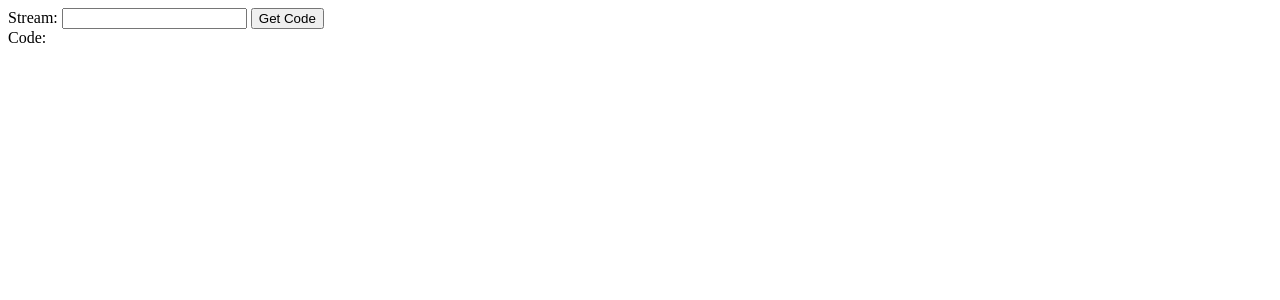
Repository: prashant4nov/CodeApp
Page: webapp/CodeApp/WebContent/index.html
The author's editor kept a copy of each file at every save. The page is drawn from the files as they stood at one save, then again after the next save.
The browser window is 1280 px wide. The pictures show the whole page.
Some web libraries are served in a nearby version.

Above is the page before, as saved 2017-01-13 19:27:36.

After the next save:
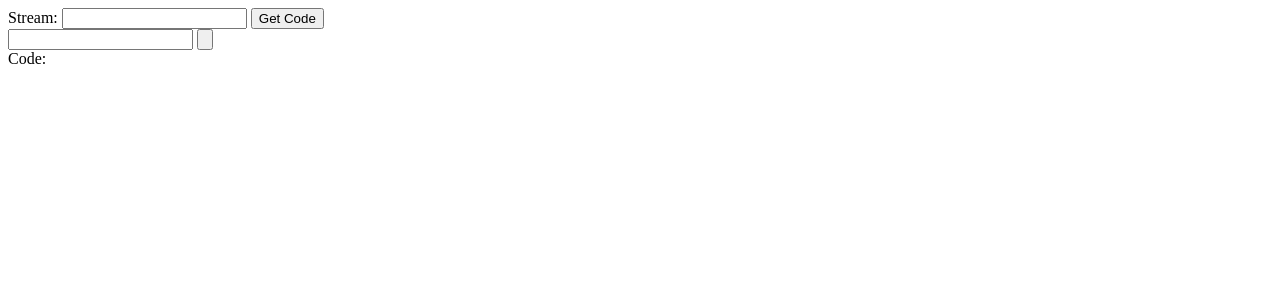
Saved 5 min 21 s later.
--- a/webapp/CodeApp/WebContent/index.html
+++ b/webapp/CodeApp/WebContent/index.html
@@ -8,6 +8,14 @@
             Stream: <input onkeypress="myFunction(this.stream)" name="stream" type="text" id="stream">
             <button onclick="myFunction()">Get Code</button>
             <br>
+
+
+<form>
+<input type="text" id="formValueId" name="valueId"/>
+<input type="button" onclick="foo(this.form.valueId.value)"/>
+</form>
+
+
 <span>Code: </span><span id="update"></span>
 
 <script>
